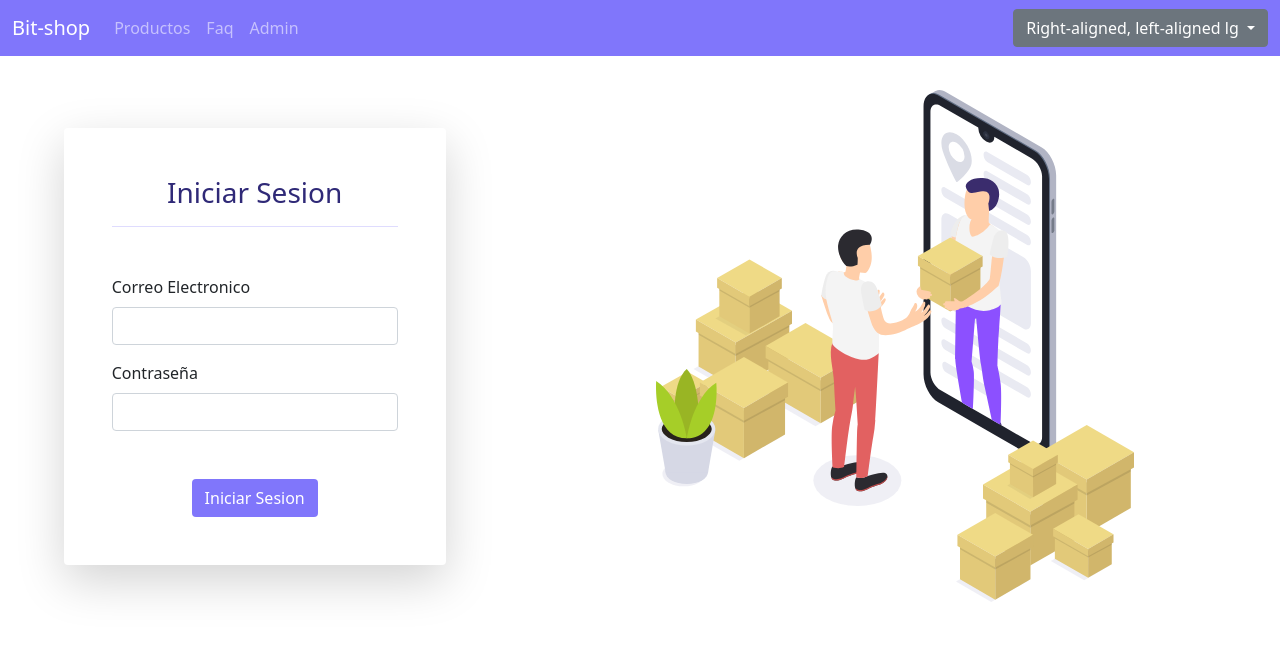
Repository: TzStrikerYT/myClassRoom
Page: /login (app in bit-shop-as/)
The author's editor kept a copy of each file at every save. The page is drawn from the files as they stood at one save, then again after the next save.
The browser window is 1280 px wide. The pictures show the whole page.
The project was rebuilt for these pictures with package versions that can differ from the ones it lists, and the page was loaded fresh each time. Also part of the build but not shown: bit-shop-as/angular.json, bit-shop-as/src/app/components/home/home.component.ts, bit-shop-as/src/app/components/page404/page404.component.ts, bit-shop-as/src/app/components/register/register.component.ts.

Above is the page before, as saved 2022-02-25 20:57:01.

### bit-shop-as/src/index.html
<!doctype html>
<html lang="en">
<head>
  <meta charset="utf-8">
  <title>BitShopAs</title>
  <base href="/">
  <meta name="viewport" content="width=device-width, initial-scale=1">
  <link rel="icon" type="image/x-icon" href="favicon.ico">
</head>
<body>
  <app-root></app-root>
</body>
</html>

### bit-shop-as/src/styles.css
/* You can add global styles to this file, and also import other style files */
.bg-purple-pastel {
    background: #8076fb !important;
}

.bg-purple-dark {
    background: #2f2977 !important;
}

.text-purple-dark {
    color: #2f2977 !important;
}

.text-purple-pastel {
    color: #8076fb !important;
}

### bit-shop-as/src/app/app.module.ts
import { NgModule } from '@angular/core';
import { BrowserModule } from '@angular/platform-browser';

import { AppRoutingModule } from './app-routing.module';
import { AppComponent } from './app.component';
import { LoginComponent } from './components/login/login.component';
import { RegisterComponent } from './components/register/register.component';
import { NavbarComponent } from './components/navbar/navbar.component';
import { HomeComponent } from './components/home/home.component';
import { Page404Component } from './components/page404/page404.component';

@NgModule({
  declarations: [
    AppComponent,
    LoginComponent,
    RegisterComponent,
    NavbarComponent,
    HomeComponent,
    Page404Component
  ],
  imports: [
    BrowserModule,
    AppRoutingModule
  ],
  providers: [],
  bootstrap: [AppComponent]
})
export class AppModule { }

### bit-shop-as/src/app/app-routing.module.ts
import { NgModule } from '@angular/core';
import { RouterModule, Routes } from '@angular/router';
import { HomeComponent } from './components/home/home.component';
import { LoginComponent } from './components/login/login.component';
import { Page404Component } from './components/page404/page404.component';
import { RegisterComponent } from './components/register/register.component';

const routes: Routes = [
  { path: 'login', component: LoginComponent },
  { path: 'register', component: RegisterComponent },
  { path: 'home', component: HomeComponent },

  { path: '', redirectTo: '/home', pathMatch: 'full'},
  { path: '**', component: Page404Component}
];

@NgModule({
  imports: [RouterModule.forRoot(routes)],
  exports: [RouterModule],
})
export class AppRoutingModule {}

### bit-shop-as/src/app/app.component.ts
import { Component } from '@angular/core';

@Component({
  selector: 'app-root',
  templateUrl: './app.component.html',
  styleUrls: ['./app.component.css']
})
export class AppComponent {
  title = 'bit-shop-as';
}

### bit-shop-as/src/app/components/navbar/navbar.component.ts
import { Component, OnInit } from '@angular/core';

@Component({
  selector: 'app-navbar',
  templateUrl: './navbar.component.html',
  styleUrls: ['./navbar.component.css']
})
export class NavbarComponent implements OnInit {

  token=true

  constructor() { }

  ngOnInit(): void {
  }

}

### bit-shop-as/src/app/components/login/login.component.html
<section class="mt-4">

    <div class="row w-100">
        <div class="col-lg-5 py-5 d-flex align-items-center justify-content-center">

            <div class="p-5 shadow-lg rounded w-75">

                <h3 class="text-purple-dark mb-3 text-center">Iniciar Sesion</h3>
                <hr class="mb-5 text-purple-pastel">

                <form>
                    <div class="mb-3">
                      <label for="exampleInputEmail1" class="form-label">Correo Electronico</label>
                      <input type="email" class="form-control" id="exampleInputEmail1" aria-describedby="emailHelp">
                    </div>
                    <div class="mb-3">
                      <label for="exampleInputPassword1" class="form-label">Contraseña</label>
                      <input type="password" class="form-control" id="exampleInputPassword1">
                    </div>
                    <div class="text-center mt-5">
                        <button type="submit" class="btn bg-purple-pastel text-white text-center">Iniciar Sesion</button>
                    </div>
                  </form>

            </div>

        </div>

        <div class="col-lg-7 bg-image">

        </div>

    </div>

</section>

### bit-shop-as/src/app/components/login/login.component.css
.bg-image {
    background: url('../../../assets/img/fondo.svg');
    background-repeat: no-repeat;
    background-size: 64%;
    background-position: center;
}

### bit-shop-as/src/app/components/navbar/navbar.component.html
<nav class="navbar navbar-expand-lg navbar-dark bg-purple-pastel">
  <div class="container-fluid">
    <a class="navbar-brand" href="/home">Bit-shop</a>
    <button
      class="navbar-toggler"
      type="button"
      data-bs-toggle="collapse"
      data-bs-target="#navbarNavAltMarkup"
      aria-controls="navbarNavAltMarkup"
      aria-expanded="false"
      aria-label="Toggle navigation"
    >
      <span class="navbar-toggler-icon"></span>
    </button>
    <div class="collapse navbar-collapse" id="navbarNavAltMarkup">
      <div class="navbar-nav">
        <a class="nav-link" aria-current="page" href="#">Productos</a>
        <a class="nav-link" href="#">Faq</a>
        <a class="nav-link" href="#">Admin</a>
      </div>

      <div class="navbar-nav ms-auto" *ngIf="!token else usserLogged">
        <a class="btn btn-outline-light m-2" href="/login">Iniciar Sesion</a>
        <a class="btn btn-outline-light m-2" href="/register">Registrarse</a>
      </div>

      <ng-template #usserLogged>
        <div class="navbar-nav ms-auto">
            <button type="button" class="btn btn-secondary dropdown-toggle" data-bs-toggle="dropdown" data-bs-display="static" aria-expanded="false">
                Right-aligned, left-aligned lg
              </button>
              <ul class="dropdown-menu dropdown-menu-end">
                <li><button class="dropdown-item" type="button">Action</button></li>
                <li><button class="dropdown-item" type="button">Another action</button></li>
                <li><button class="dropdown-item" type="button">Something else here</button></li>
              </ul>
          </div>
      </ng-template>

    </div>
  </div>
</nav>

Loaded but not shown: bit-shop-as/src/main.ts (common file); bit-shop-as/src/environments/environment.ts (common file); bit-shop-as/src/app/components/login/login.component.ts (common file); bit-shop-as/src/app/app.component.html (common file); bit-shop-as/src/app/app.component.css (no stored copy; drawn as an empty file); bit-shop-as/src/app/components/navbar/navbar.component.css (no stored copy; drawn as an empty file)

After the next save:
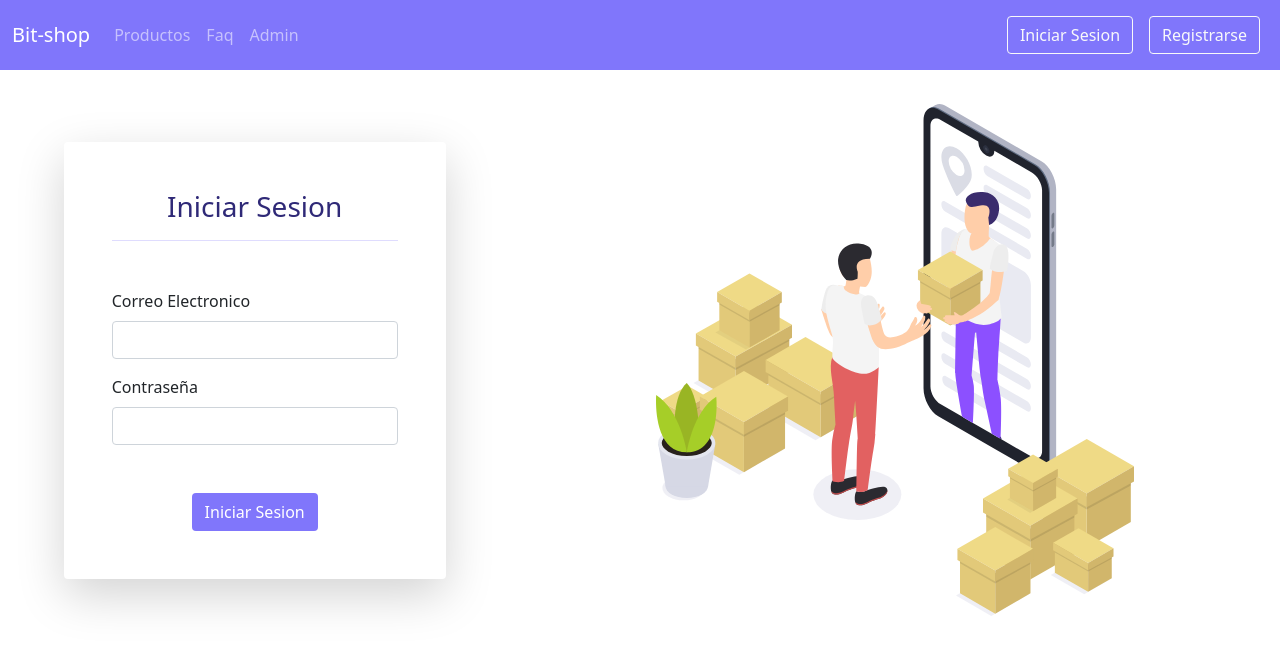
Saved 71 s later.
--- a/bit-shop-as/src/app/components/navbar/navbar.component.html
+++ b/bit-shop-as/src/app/components/navbar/navbar.component.html
@@ -19,15 +19,15 @@
         <a class="nav-link" href="#">Admin</a>
       </div>
 
-      <div class="navbar-nav ms-auto" *ngIf="!token else usserLogged">
+      <div class="navbar-nav ms-auto" *ngIf="token else usserLogged">
         <a class="btn btn-outline-light m-2" href="/login">Iniciar Sesion</a>
         <a class="btn btn-outline-light m-2" href="/register">Registrarse</a>
       </div>
 
       <ng-template #usserLogged>
         <div class="navbar-nav ms-auto">
-            <button type="button" class="btn btn-secondary dropdown-toggle" data-bs-toggle="dropdown" data-bs-display="static" aria-expanded="false">
-                Right-aligned, left-aligned lg
+            <button type="button" class="btn btn-secondary dropdown-toggle" data-bs-toggle="dropdown" aria-expanded="false">
+                Right-aligned menu example
               </button>
               <ul class="dropdown-menu dropdown-menu-end">
                 <li><button class="dropdown-item" type="button">Action</button></li>

After the save that followed:
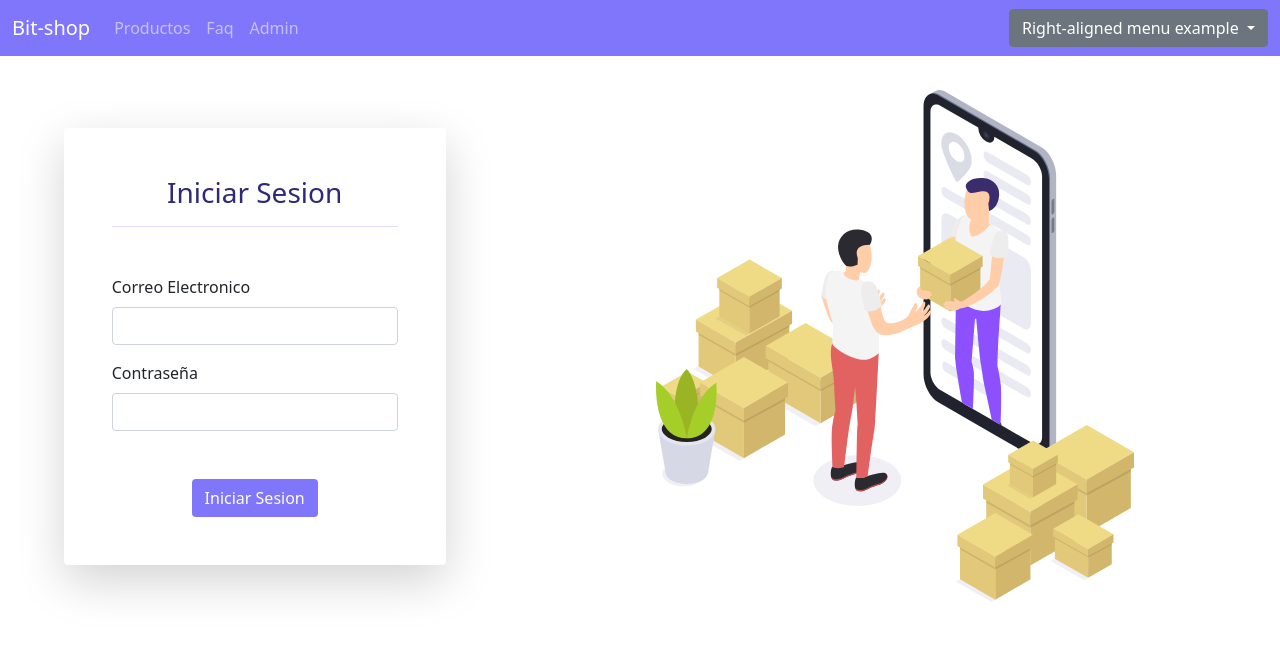
Saved 16 s later.
--- a/bit-shop-as/src/app/components/navbar/navbar.component.html
+++ b/bit-shop-as/src/app/components/navbar/navbar.component.html
@@ -19,7 +19,7 @@
         <a class="nav-link" href="#">Admin</a>
       </div>
 
-      <div class="navbar-nav ms-auto" *ngIf="token else usserLogged">
+      <div class="navbar-nav ms-auto" *ngIf="!token else usserLogged">
         <a class="btn btn-outline-light m-2" href="/login">Iniciar Sesion</a>
         <a class="btn btn-outline-light m-2" href="/register">Registrarse</a>
       </div>
